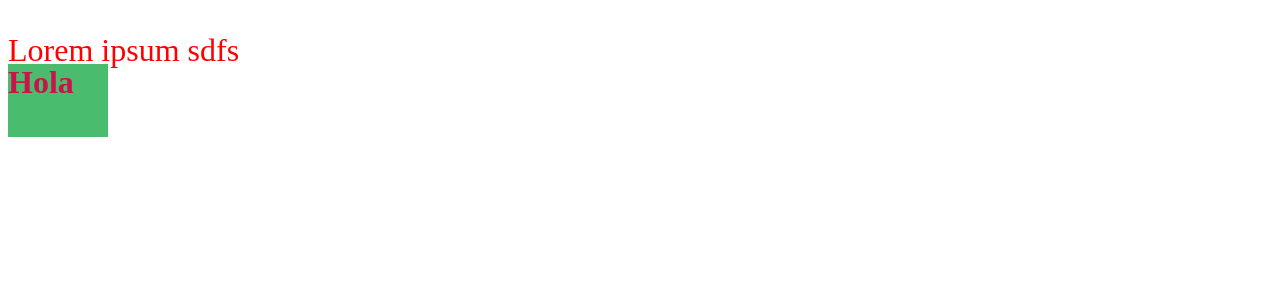
Repository: gadiazsaavedra/Unidad_2
Page: index.html
These files come from the project's save history. The page is drawn as it stood at one moment and after a run of saves; the edit follows.
The browser window is 1280 px wide. The pictures show the whole page.

Above is the page before, as saved 2023-08-07 15:39:43.

### index.html
<!DOCTYPE html>
<html>
  <head>
    <meta http-equiv="content-type" content="text/html; charset=UTF-8">
    <title>index.html</title>
    <link type="text/css" rel="stylesheet" href="css/main.css">
  </head>
  <body>
    <p style="width: 100px; height: 73px;" id="mi_parrafo">Hola</p>
    <p>Lorem ipsum sdfs<br sdhfsdf lsdhfsf lsdfosdf oisudfiowsf </p>
    <p><a href="https://www.google.com/">ir a ....</a><br>
    </p>
  </body>
</html>

### css/main.css
p {
  color: red;
  font-size: xx-large;
}

#mi_parrafo {
  color: #c8144a;
  font-weight: bold;
  background-color: #49bc6d;
  position: absolute;
}

After the next 2 saves:
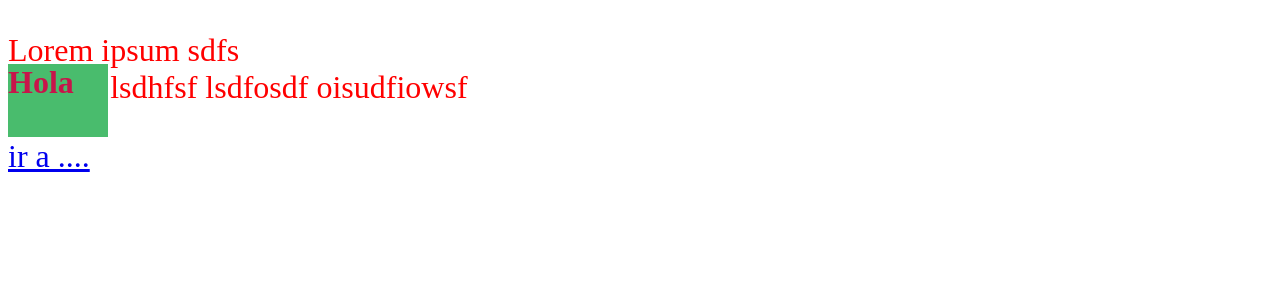
The 2 saves are shown as one change because they came seconds apart.
The last was saved 7 s later.
--- a/index.html
+++ b/index.html
@@ -7,7 +7,7 @@
   </head>
   <body>
     <p style="width: 100px; height: 73px;" id="mi_parrafo">Hola</p>
-    <p>Lorem ipsum sdfs<br sdhfsdf lsdhfsf lsdfosdf oisudfiowsf </p>
+    <p>Lorem ipsum sdfs<br/> sdhfsdf lsdhfsf lsdfosdf oisudfiowsf </p>
     <p><a href="https://www.google.com/">ir a ....</a><br>
     </p>
   </body>
